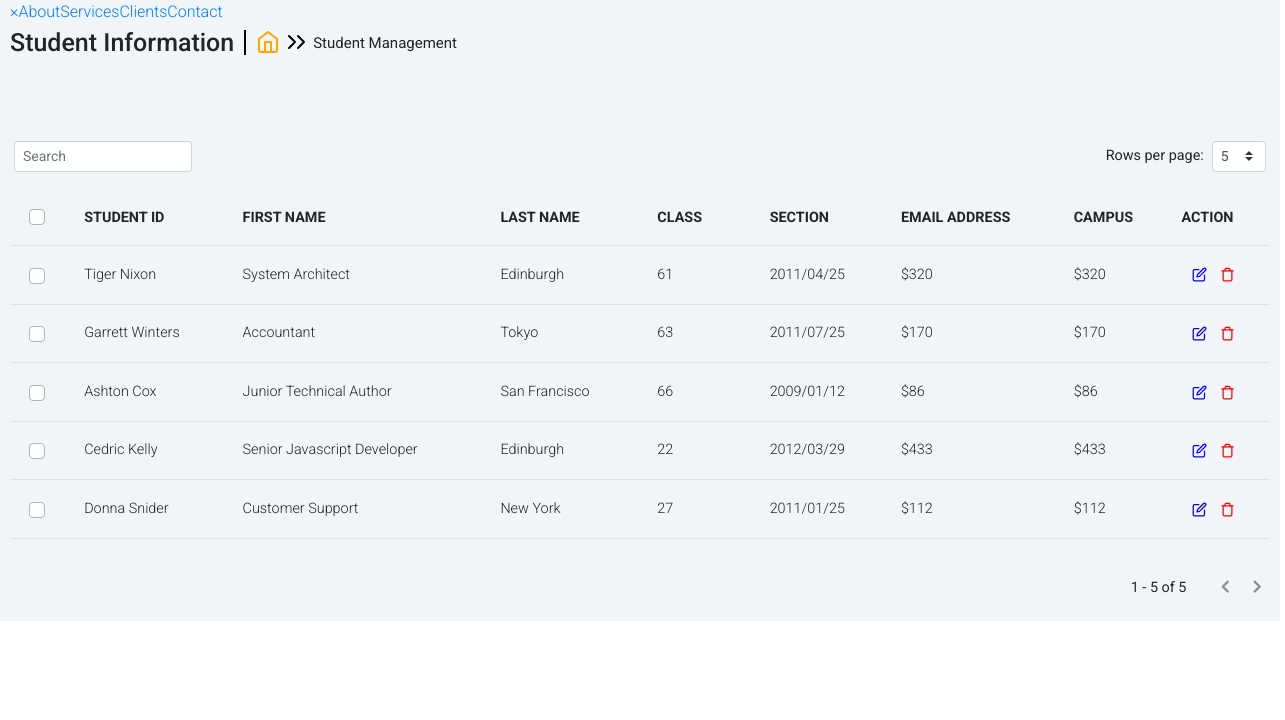
Repository: deepakrajput1998/hestabit_assignment
Page: /
An editor plug-in stored every save of this project. The page is shown before and after the next save, followed by the edit.
The browser window is 1280 px wide. The page is 1285 px wide, so the pictures cover 1285 px, including what lies to the right of the window. The pictures show the whole page.
The project was rebuilt for these pictures with package versions that can differ from the ones it lists, and the page was loaded fresh each time.

Above is the page before, as saved 2021-07-25 04:37:08.

After the next save:
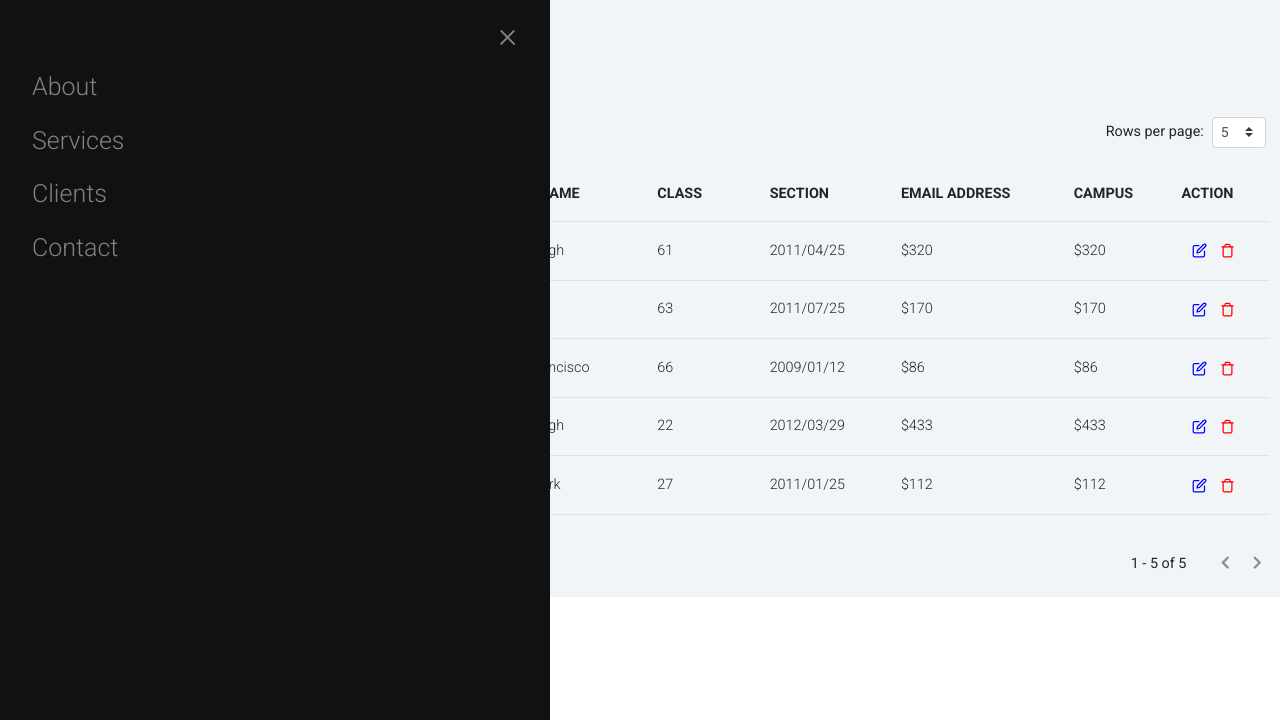
Saved 2 min 22 s later.
--- a/src/Component/Sidedrawer/Sidedrawer.js
+++ b/src/Component/Sidedrawer/Sidedrawer.js
@@ -9,7 +9,11 @@ export const Sidedrawer = ({onOpenClick,...rest}) => {
     }
     return (
       <div>
-        <div ref={rest.sideDrawerRef} id="mySidenav" className="sidenav">
+        <div
+          ref={rest.sideDrawerRef}
+          id="mySidenav"
+          className={classes.sidenav}
+        >
           <a
             href="javascript:void(0)"
             className={classes.closebtn}
